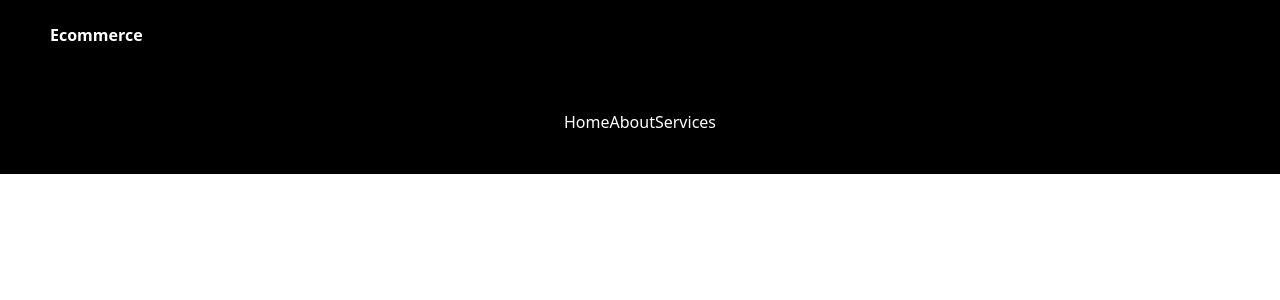
Repository: OmniaRafat232111121/ecommerceredux
Page: / (app in eco/)
The author's editor kept a copy of each file at every save. The page is drawn from the files as they stood at one save, then again after a run of saves.
The browser window is 1280 px wide. The pictures show the whole page.
The project was rebuilt for these pictures with package versions that can differ from the ones it lists, and the page was loaded fresh each time.

Above is the page before, as saved 2022-11-01 18:27:45.

### eco/src/index.js
import React from 'react';
import ReactDOM from 'react-dom/client';
import App from './App';
import './index.css'
const root = ReactDOM.createRoot(document.getElementById('root'));
root.render(
  <React.StrictMode>
    <App />
  </React.StrictMode>
);

### eco/src/App.js

import { Provider } from 'react-redux';
import Header from './components/Header';
import store from './redux/store';
function App() {
  return (
  <Provider store={store}>
<div className='max-w-[1920px] mx-auto overflow-hidden bg-white'>
<Header/>
</div>
    </Provider>
  );
}

export default App;

### eco/src/components/Header.js
import React from 'react'

const Header = () => {
  return (
    <header className='bg-black text-white fixed left-0 right-0 z-10 w-full  mx-auto transition-all duration-150 '>
    <div className='flex justify-between items-center h-[70px] pl-[50px] pr-[60px]'>
    <h1 className='font-bold'>Ecommerce</h1>
    </div>
    <div className='flex  justify-center  items-center z-10 py-10'>
    <ul className='flex justify-between'>
    <li><a href="#">Home</a></li>
    <li><a href="#">About</a></li>
    <li><a href="#">Services</a></li>
    </ul>
    </div>
    </header>
  )
}

export default Header

### eco/src/redux/store.js
import { createStore, applyMiddleware } from 'redux'
import { composeWithDevTools } from 'redux-devtools-extension'
import logger from 'redux-logger'
import thunk from 'redux-thunk'
import { reducers } from './reducers/rootReducer'



const store = createStore(
  reducers,
  composeWithDevTools(applyMiddleware(logger, thunk))
)

export default store

### eco/src/redux/reducers/rootReducer.js
import { combineReducers } from "redux";
import { productReducer } from "./productReducer";

 export const reducers=combineReducers({
    allproduct:productReducer
})

### eco/src/redux/reducers/productReducer.js
import { ActionTypes } from "../types/action-types";

const initialState={
    products:[
        {
            id:1,
            title:'market',
            category:"sales"
        }
    ],
}
export const productReducer=(state=initialState,{type,payload})=>{
   switch(type){
    case ActionTypes.SET_PRODUCT:
        return{
            ...state,products:payload
        }
    default:
        return state
   }
}

### eco/src/redux/types/action-types.js
export const ActionTypes={
    SET_PRODUCT:'SET_PRODUCT',
    SELECTED_PRODUCT:'SELECTED_PRODUCT',
    REMVOED_PRODUCT:'REMOVED_PRODUCT'
}

Loaded but not shown: eco/public/index.html (common file); eco/src/index.css (common file); eco/tailwind.config.js (common file)

After the next 2 saves:
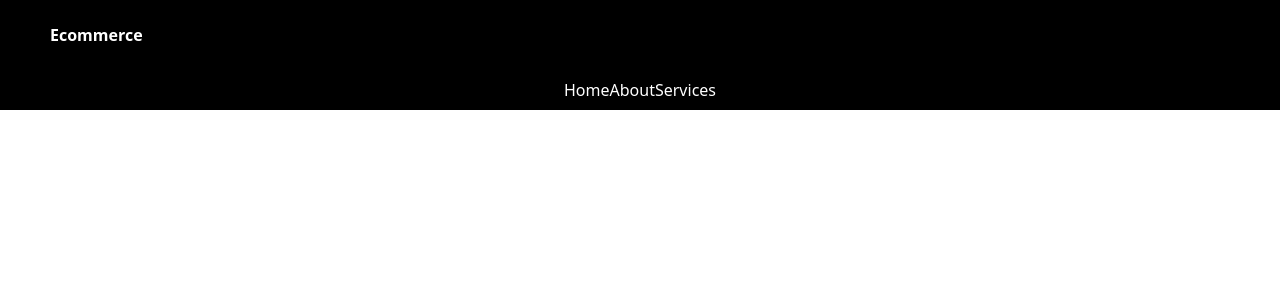
The 2 saves are shown as one change because they came seconds apart.
The last was saved 7 s later.
--- a/eco/src/components/Header.js
+++ b/eco/src/components/Header.js
@@ -6,7 +6,7 @@ const Header = () => {
     <div className='flex justify-between items-center h-[70px] pl-[50px] pr-[60px]'>
     <h1 className='font-bold'>Ecommerce</h1>
     </div>
-    <div className='flex  justify-center  items-center z-10 py-10'>
+    <div className='flex  justify-center  items-center z-10 py-2'>
     <ul className='flex justify-between'>
     <li><a href="#">Home</a></li>
     <li><a href="#">About</a></li>
